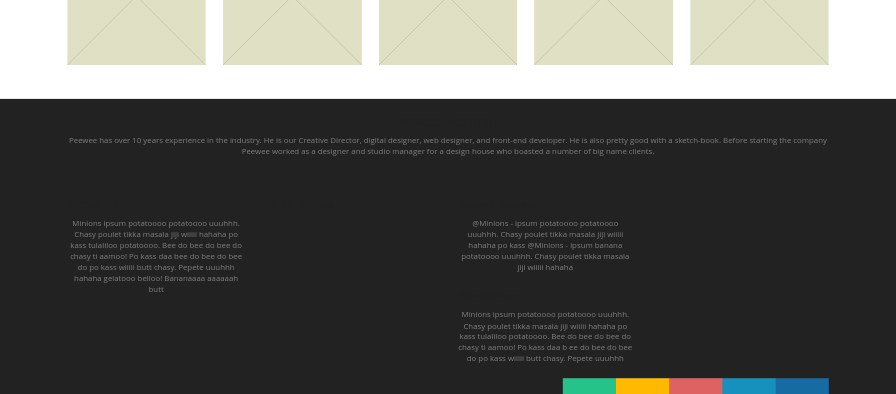
Repository: msyukurrr/metrolics_assignment
Page: index.html
The author's editor kept a copy of each file at every save. The page is drawn from the files as they stood at one save, then again after the next save.
The browser window is 1280 px wide. The pictures show the part of the page from y = 4286 to 6206 px (the page is 4849 px tall before and 6284 px after), at 70% of full size.

Above is the page before, as saved 2022-01-31 12:19:48.

After the next save:
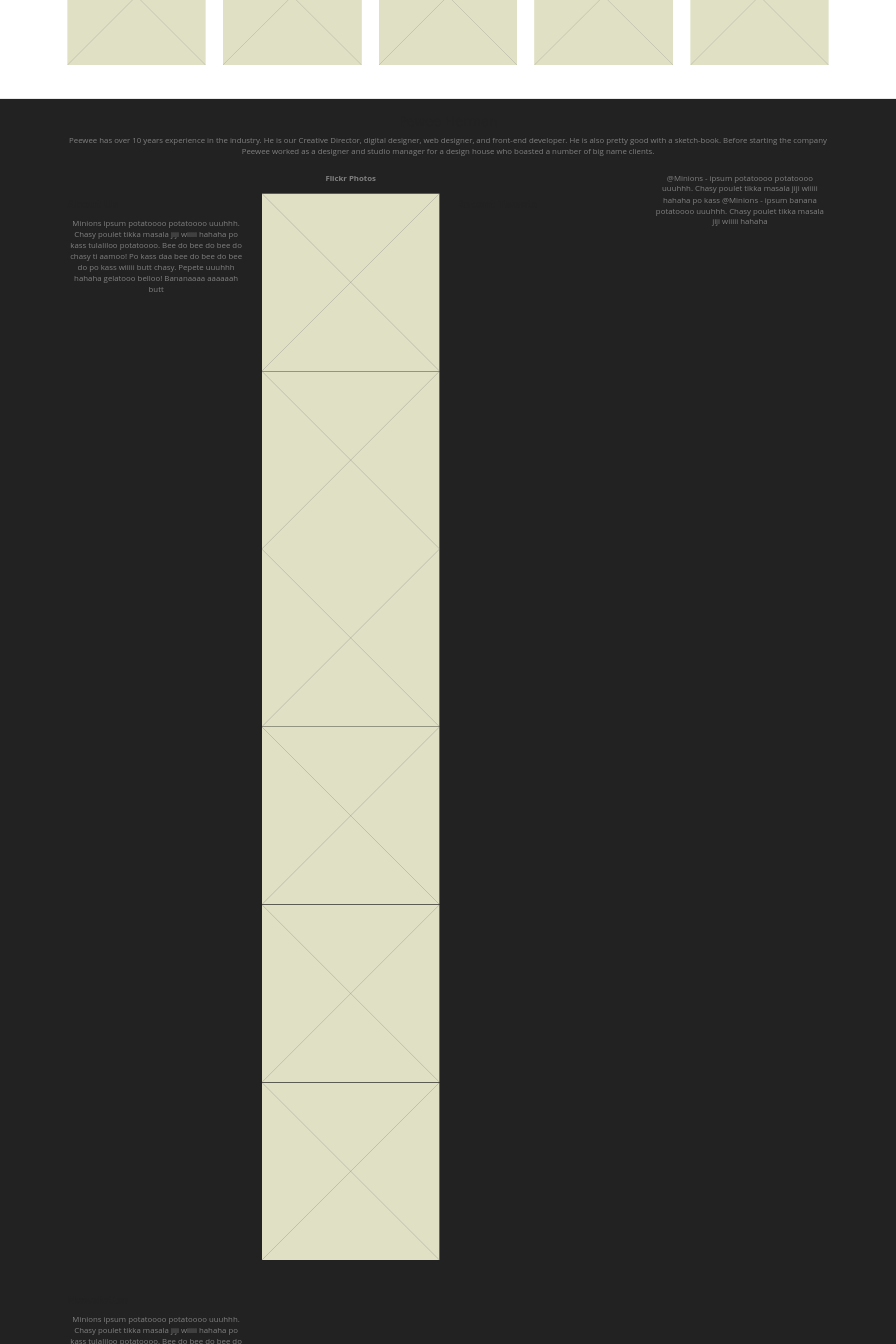
Saved 3 min 22 s later.
--- a/index.html
+++ b/index.html
@@ -256,9 +256,30 @@
       </p>
     </div>
     <div class="column flickr s-hide">
-      <h4>Flickr Photos</h4>
-    </div>
-      <div class="column">
+      <h4 class="subheading">Flickr Photos</h4>
+      <div class="sub-grid m-col-3">
+        <div class="column">
+          <img src="img/placeholder.svg" alt="placeholder">
+        </div>
+        <div class="column">
+          <img src="img/placeholder.svg" alt="placeholder">
+        </div>
+        <div class="column">
+          <img src="img/placeholder.svg" alt="placeholder">
+        </div>
+        <div class="column">
+          <img src="img/placeholder.svg" alt="placeholder">
+        </div>
+        <div class="column">
+          <img src="img/placeholder.svg" alt="placeholder">
+        </div>
+        <div class="column">
+          <img src="img/placeholder.svg" alt="placeholder">
+        </div>
+      </div>
+    </div>
+
+
         <h4>Recent Tweets</h4>
         <p class="subheading">
           @Minions - ipsum potatoooo potatoooo uuuhhh.
